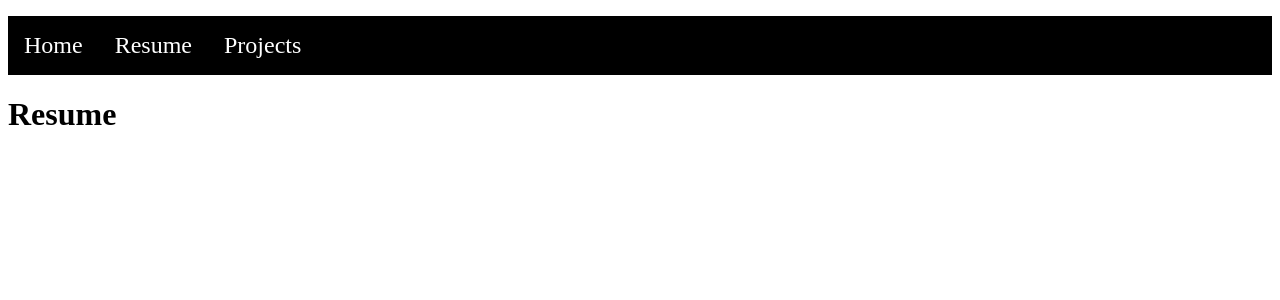
Repository: Artlepop/Artlepop.github.io
Page: resume.html
The author's editor kept a record of every edit. The page is drawn from the files as they stood at one moment, then again after the next edit.
The browser window is 1280 px wide. The pictures show the whole page.

Above is the page before.

After the next edit:
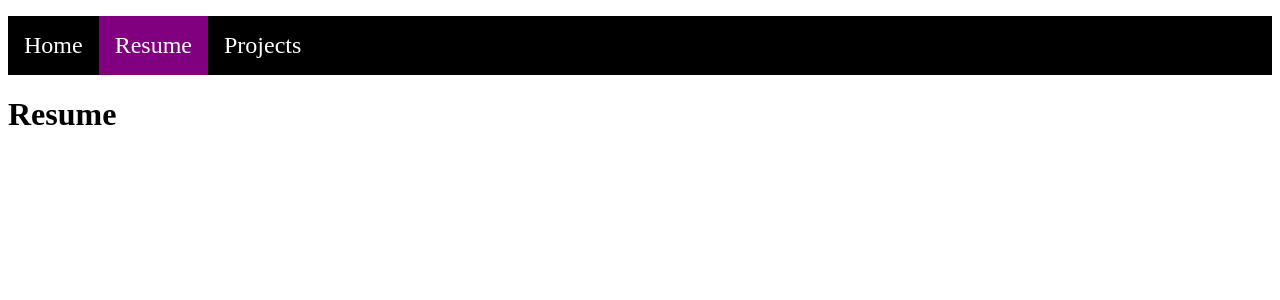
The edit:
--- a/resume.html
+++ b/resume.html
@@ -48,6 +48,10 @@
       display: block;
     }
 
+    .active{
+      background-color: purple;
+    }
+
   </style>
 
   </head>
